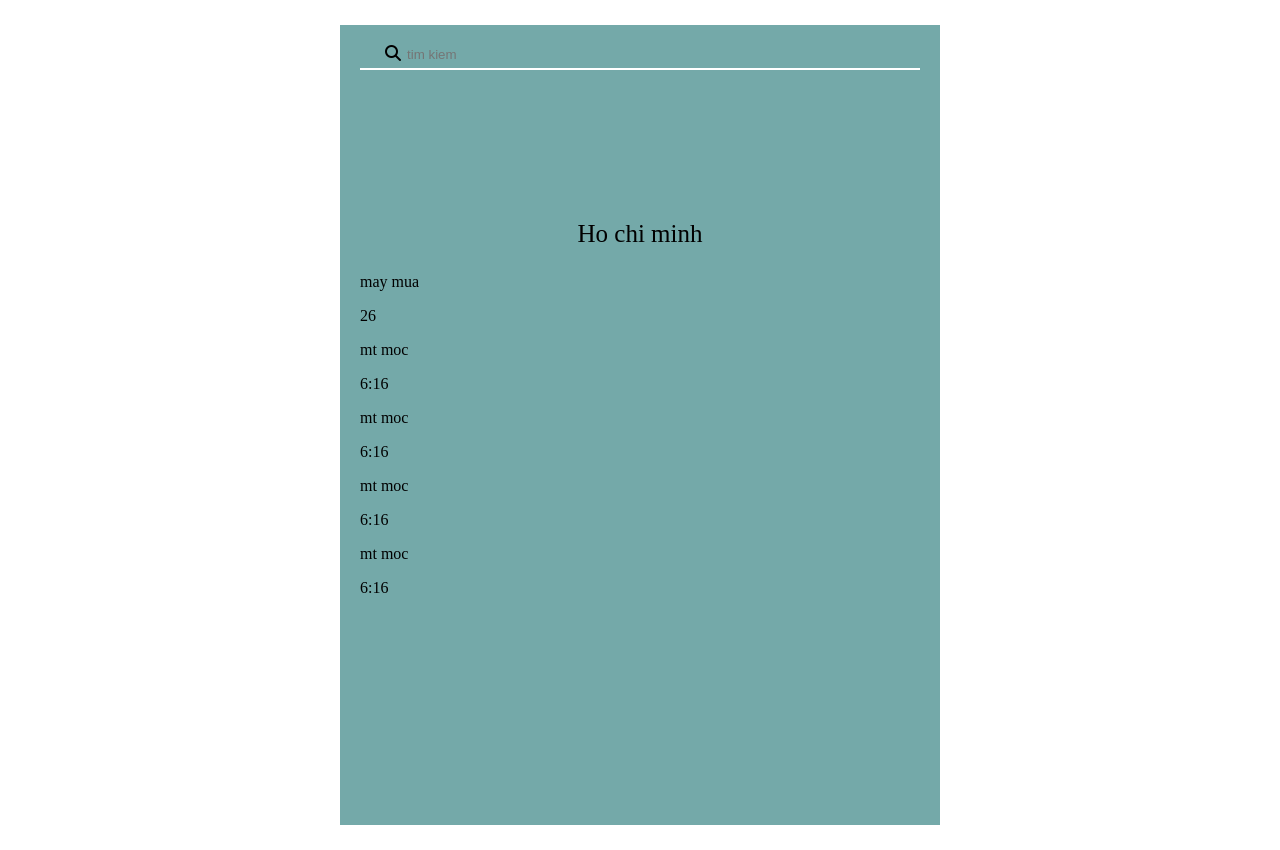
Repository: tienbkvn0605/weatherApp
Page: index.html
The author's editor kept a copy of each file at every save. The page is drawn from the files as they stood at one save, then again after the next save.
The browser window is 1280 px wide. The pictures show the whole page.

Above is the page before, as saved 2022-10-05 16:47:32.

After the next save:
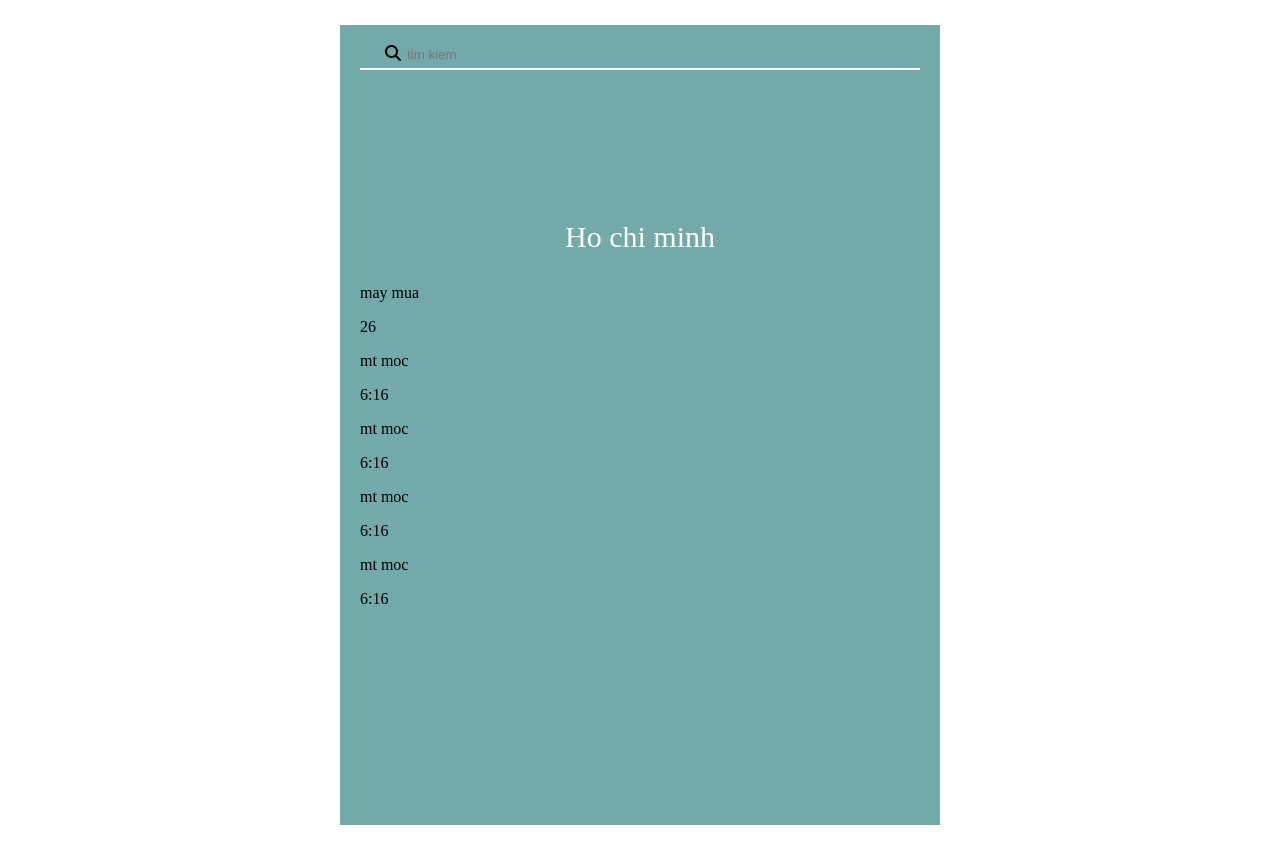
Saved 14 s later.
--- a/appstyle.css
+++ b/appstyle.css
@@ -26,5 +26,6 @@
 }
 .name-city {
   text-align: center;
-  font-size: 25px;
+  font-size: 30px;
+  color: white;
 }
